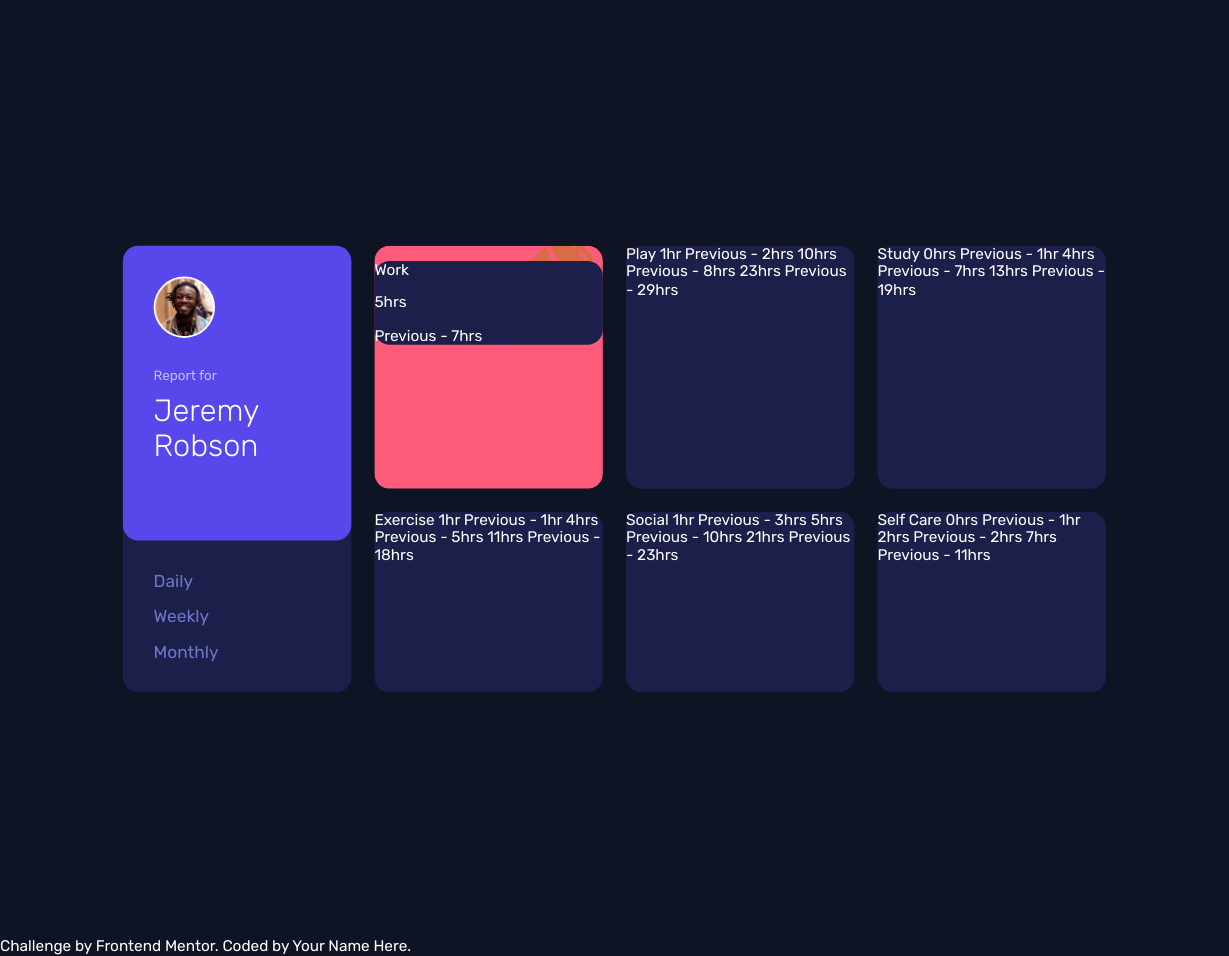
Repository: Jay-JYKim91/FM_time-tracking-dashboard
Page: index.html
The author's editor kept a copy of each file at every save. The page is drawn from the files as they stood at one save, then again after the next save.
The browser window is 1280 px wide. The pictures show the whole page, at 96% of full size.

Above is the page before, as saved 2021-12-15 22:56:25.

### index.html
<!DOCTYPE html>
<html lang="en">
<head>
  <meta charset="UTF-8">
  <meta name="viewport" content="width=device-width, initial-scale=1.0"> <!-- displays site properly based on user's device -->

  <link rel="icon" type="image/png" sizes="32x32" href="./images/favicon-32x32.png">

  <title>Time tracking dashboard</title>
  <link rel="stylesheet" href="https://cdnjs.cloudflare.com/ajax/libs/normalize/8.0.1/normalize.min.css" integrity="sha512-NhSC1YmyruXifcj/KFRWoC561YpHpc5Jtzgvbuzx5VozKpWvQ+4nXhPdFgmx8xqexRcpAglTj9sIBWINXa8x5w==" crossorigin="anonymous" referrerpolicy="no-referrer" />
  <link rel="preconnect" href="https://fonts.googleapis.com">
  <link rel="preconnect" href="https://fonts.gstatic.com" crossorigin>
  <link href="https://fonts.googleapis.com/css2?family=Rubik:wght@300;400;500&display=swap" rel="stylesheet">
  <link rel="stylesheet" href="style.css">
  <script src="main.js" defer></script>
</head>
<body>
  <section class="container">
    <article class="card profile-card">
        <div class="profile-name-card">
          <div class="profile-img-box">
            <img src="./images/image-jeremy.png" alt="jeremy" class="profile">
          </div>
          <p>Report for</p>
          <p class="name">Jeremy Robson</p>
        </div>
        <ul>
          <li><a href="">Daily</a></li>
          <li><a href="">Weekly</a></li>
          <li><a href="">Monthly</a></li>
        </ul>
    </article>
    <article class="card work-bg">
      <div class="card">
        <p>Work</p>
        <p>5hrs</p>
        <p>Previous - 7hrs</p>
      </div>

   <!-- daily -->
   <!-- daily -->
  <!-- 32hrs  -->
  <!-- weekly -->
  <!-- Previous - 36hrs  -->
  <!-- weekly -->
  <!-- 103hrs  -->
  <!-- monthly -->
  <!-- Previous - 128hrs  -->
  <!-- monthly -->

    </article>
    <article class="card">
      Play
  1hr <!-- daily -->
  Previous - 2hrs <!-- daily -->
  10hrs <!-- weekly -->
  Previous - 8hrs <!-- weekly -->
  23hrs <!-- monthly -->
  Previous - 29hrs <!-- monthly -->


    </article>
    <article class="card">
      Study
  0hrs <!-- daily -->
  Previous - 1hr <!-- daily -->
  4hrs <!-- weekly -->
  Previous - 7hrs <!-- weekly -->
  13hrs <!-- monthly -->
  Previous - 19hrs <!-- monthly -->


    </article>
    <article class="card">
      Exercise
  1hr <!-- daily -->
  Previous - 1hr <!-- daily -->
  4hrs <!-- weekly -->
  Previous - 5hrs <!-- weekly -->
  11hrs <!-- monthly -->
  Previous - 18hrs <!-- monthly -->


    </article>
    <article class="card">
      Social
  1hr <!-- daily -->
  Previous - 3hrs <!-- daily -->
  5hrs <!-- weekly -->
  Previous - 10hrs <!-- weekly -->
  21hrs <!-- monthly -->
  Previous - 23hrs <!-- monthly -->


    </article>
    <article class="card">
      Self Care
  0hrs <!-- daily -->
  Previous - 1hr <!-- daily -->
  2hrs <!-- weekly -->
  Previous - 2hrs <!-- weekly -->
  7hrs <!-- monthly -->
  Previous - 11hrs <!-- monthly -->
    </article>
  </section>








  <div class="attribution">
    Challenge by <a href="https://www.frontendmentor.io?ref=challenge" target="_blank">Frontend Mentor</a>.
    Coded by <a href="#">Your Name Here</a>.
  </div>
</body>
</html>

### style.css
:root {
  --body-font: "Rubik", sans-serif;

  --blue: hsl(246, 80%, 60%);
  --light-red: hsl(15, 100%, 70%);
  --soft-blue: hsl(195, 74%, 62%);
  --light-red: hsl(348, 100%, 68%);
  --lime-green: hsl(145, 58%, 55%);
  --violet: hsl(264, 64%, 52%);
  --soft-orange: hsl(43, 84%, 65%);
  --very-dark-blue: hsl(226, 43%, 10%);
  --dark-blue: hsl(235, 46%, 20%);
  --desaturated-blue: hsl(235, 45%, 61%);
  --pale-blue: hsl(236, 100%, 87%);
}
/* --Light red (work): hsl(15, 100%, 70%)
--Soft blue (play): hsl(195, 74%, 62%)
--Light red (study): hsl(348, 100%, 68%)
--Lime green (exercise): hsl(145, 58%, 55%)
--Violet (social): hsl(264, 64%, 52%) */
body {
  background-color: var(--very-dark-blue);
  color: white;
  font-family: var(--body-font);
}
a {
  text-decoration: none;
  color: white;
}
.container {
  width: 80vw;
  margin: 20% auto;
  display: grid;
  grid-template-columns: repeat(4, 1fr);
  gap: 1.5em;
}
.card {
  border-radius: 1em;
  background-color: var(--dark-blue);
}
.profile-card {
  grid-row: 1 / 3;
}
.profile-card ul {
  list-style: none;
  padding-left: 2em;
  margin: 2em 0;
}
.profile-name-card {
  background-color: var(--blue);
  padding: 2em;
  border-radius: 1em;
}
.profile-name-card p {
  color: var(--pale-blue);
  margin: 0;
  font-size: 14px;
}
.profile-name-card .name {
  color: white;
  font-size: 2rem;
  font-weight: 300;
  margin: 0.3em 0 1.5em 0;
}
.profile-img-box {
  width: 64px;
  height: 64px;
  border-radius: 50%;
  background-color: white;
  margin-bottom: 2em;
}
.profile {
  width: 60px;
  margin: 2px;
}
.profile-card li {
  margin-bottom: 1em;
}
.profile-card li a {
  font-size: 18px;
  color: var(--desaturated-blue);
}

.work-bg {
  background-image: url("./images/icon-work.svg");
  background-color: var(--light-red);
  background-repeat: no-repeat;
  background-position: top right;
  background-position-y: -10px;
}
@media (min-width: 768px) and (max-width: 1023px) {
}

@media (max-width: 767px) {
}

Loaded but not shown: main.js (empty)

After the next save:
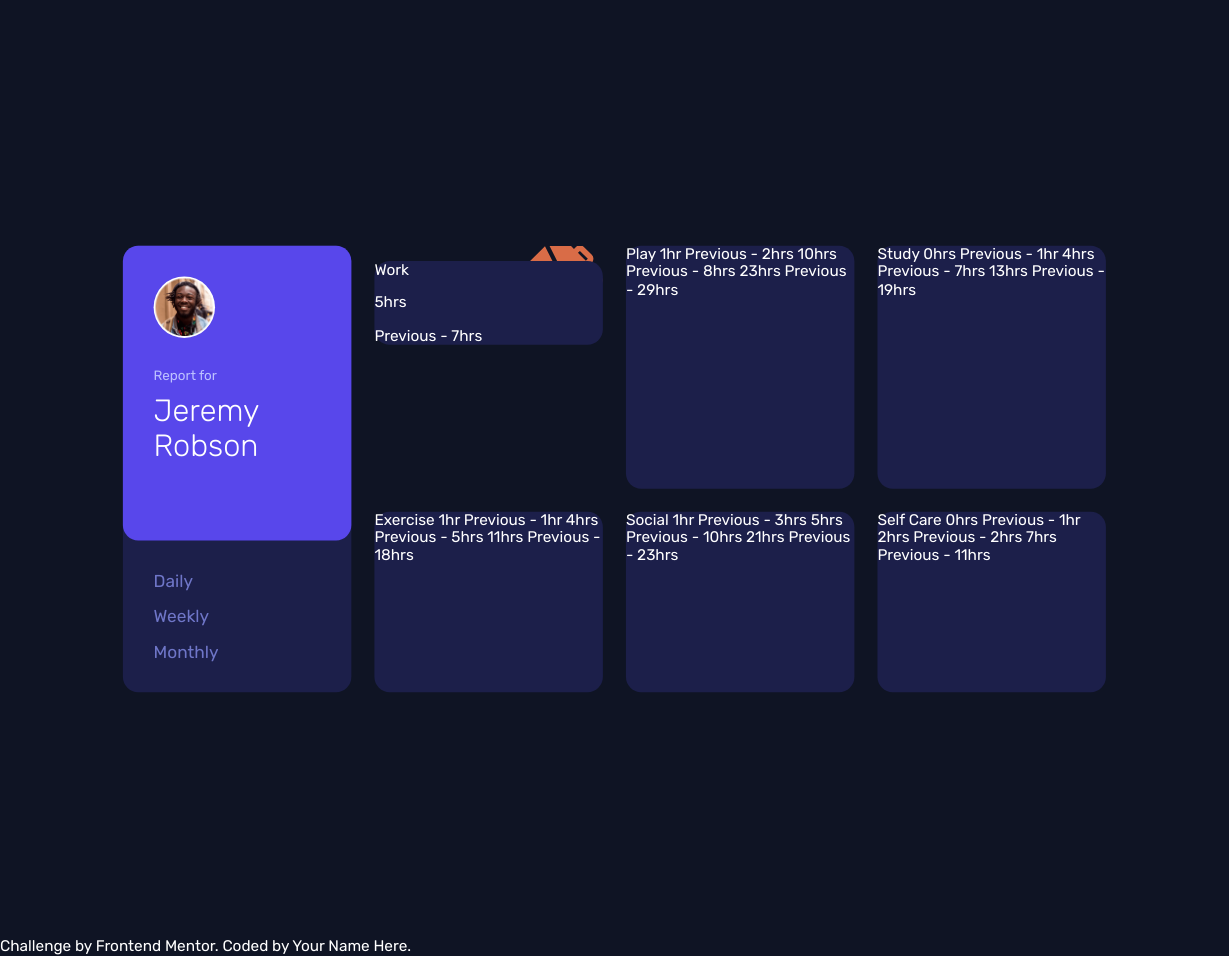
Saved 40 s later.
--- a/style.css
+++ b/style.css
@@ -2,9 +2,9 @@
   --body-font: "Rubik", sans-serif;
 
   --blue: hsl(246, 80%, 60%);
-  --light-red: hsl(15, 100%, 70%);
+  --light-red-work: hsl(15, 100%, 70%);
   --soft-blue: hsl(195, 74%, 62%);
-  --light-red: hsl(348, 100%, 68%);
+  --light-red-study: hsl(348, 100%, 68%);
   --lime-green: hsl(145, 58%, 55%);
   --violet: hsl(264, 64%, 52%);
   --soft-orange: hsl(43, 84%, 65%);
